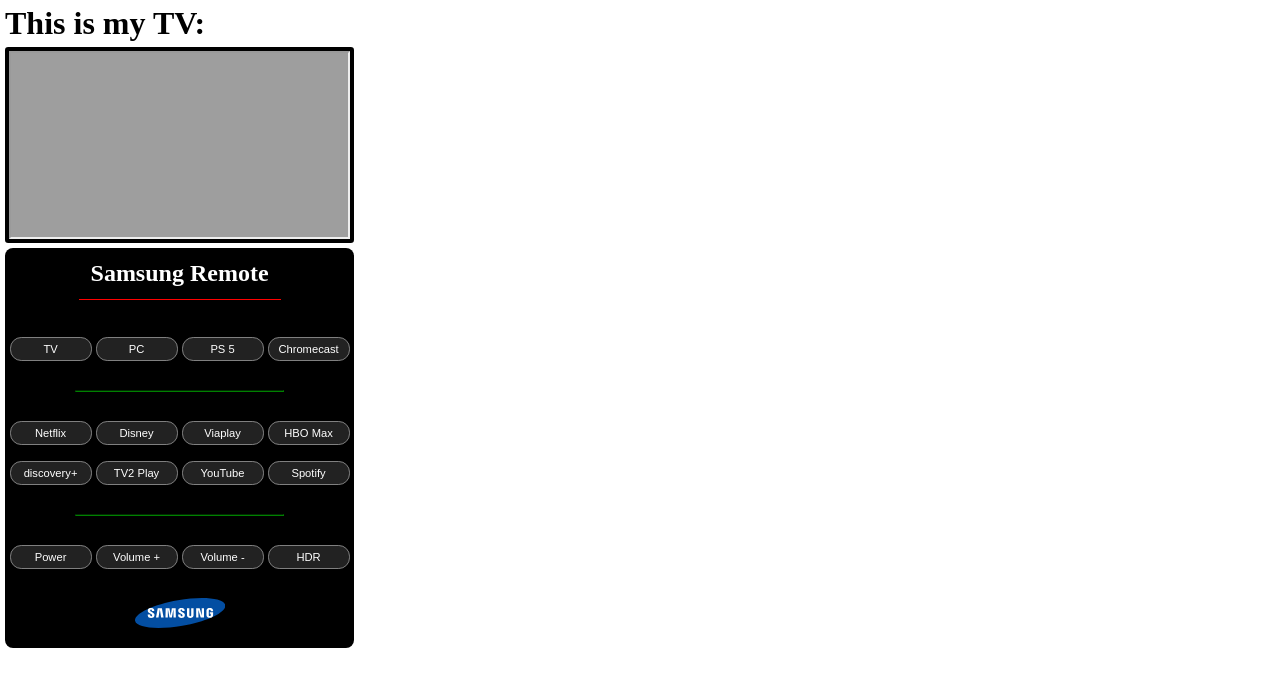
Repository: NoroffFEU/programming-foundations-ca-runeunhjem
Page: index.html
An editor plug-in stored every save of this project. The page is shown before and after a run of saves, followed by the edit.
The browser window is 1280 px wide. The pictures show the whole page.
Pictures or frames that could not be fetched are drawn as grey boxes. The style sheet was rebuilt from its Sass, Less or Tailwind sources for each picture, by a compiler version that may differ from the author's.

Above is the page before, as saved 2023-01-13 13:57:09.
Console error: SyntaxError: Unexpected token ';'

After the next 5 saves:
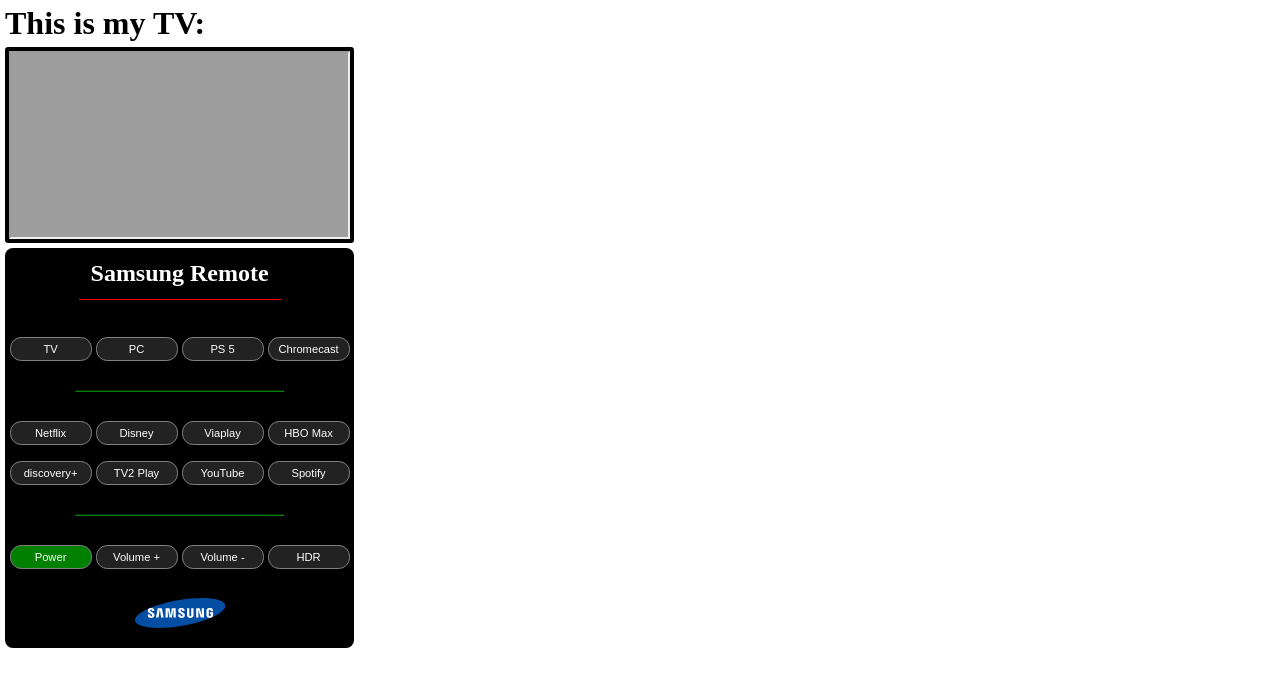
Console error: TypeError: Cannot read properties of null (reading 'style')
The 5 saves are shown as one change because they came seconds apart.
The last was saved 13 s later.
--- a/js/optional.js
+++ b/js/optional.js
@@ -40,7 +40,9 @@
   }
 }
 
-if (tvButton.onclick = true;
+if (tvButton.onclick) {
+
+}
 var pcButton = document.querySelector("#pc");
 var ps5Button = document.querySelector("#ps5");
 var chromecastButton = document.querySelector("#chromecast");
